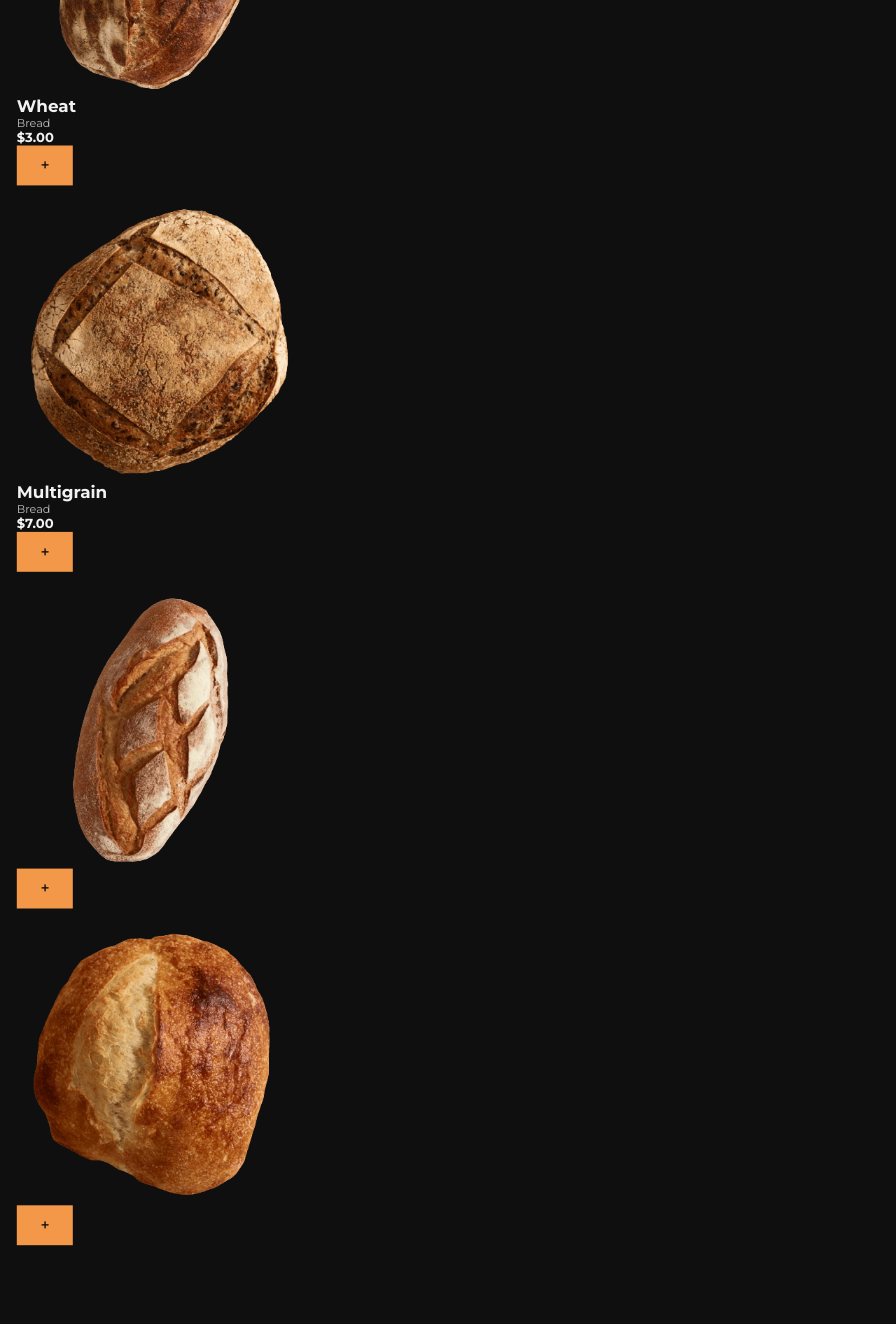
Repository: dinhhaidh/Bakery-web
Page: index.html
The author's editor kept a copy of each file at every save. The page is drawn from the files as they stood at one save, then again after the next save.
The browser window is 1280 px wide. The pictures show the part of the page from y = 4147 to 6067 px (the page is 6038 px tall before and 6067 px after), at 70% of full size.
Some web libraries are served in a nearby version.

Above is the page before, as saved 2024-01-16 10:55:30.

### index.html
<!DOCTYPE html>
<html lang="en">
  <head>
    <meta charset="UTF-8" />
    <meta name="viewport" content="width=device-width, initial-scale=1.0" />

    <!--=============== FAVICON ===============-->
    <link rel="shortcut icon" href="assets/img/favicon.png" type="image/x-icon"/>
    <!--=============== REMIXICONS ===============-->
    <link rel="stylesheet"  href="https://cdnjs.cloudflare.com/ajax/libs/remixicon/3.7.0/remixicon.css"/>
    <!--=============== CSS ===============-->
    <link rel="stylesheet" href="./css/style.css"/>

    <title>Responsive bakery website - Bedimcode</title>
  </head>
  <body>
    <!--==================== HEADER ====================-->
    <header class="header" id="header">
        <nav class="nav container">
            <a href="#" class="nav__logo">Bakery</a>
            <div class="nav__menu" id="nav-menu">
                <ul class="nav__list">
                    <li class="nav__item">
                        <a href="#home" class="nav__link">Home</a>
                    </li>
                    <li class="nav__item">
                        <a href="#new" class="nav__link">News</a>
                    </li>
                    <li class="nav__item">
                        <a href="#about" class="nav__link">About Us</a>
                    </li>
                    <li class="nav__item">
                        <a href="#favorite" class="nav__link">Favorites</a>
                    </li>
                    <li class="nav__item">
                        <a href="#visit" class="nav__link">Location</a>
                    </li>
                </ul>
                <div class="nav__close" id="nav-close">
                    <i class="ri-close-line"></i>
                </div>

                <img src="./img/bread-4.png" alt="image" class="nav__img-1">
                <img src="./img/bread-1.png" alt="image" class="nav__img-2">
            </div>

            <!-- toggle button -->
            <div class="nav__toggle" id="nav-toggle">
                <i class="ri-menu-line"></i>
            </div>
        </nav>
    </header>

    <!--==================== MAIN ====================-->
    <main class="main">
      <!--==================== HOME ====================-->
      <section class="home section" id="home">
        <img src="./img/home-bg.jpg" alt="image" class="home__bg">
        <div class="home__shadow"></div>
        <div class="home__container container grid">
            <div class="home__data">
                <h1 class="home__title">
                    Select The Best.<br> Quality Breads
                </h1>
                <a href="#" class="button">Select breads</a>

                <img src="./img/bread-1.png" alt="image" class="home__bread">
            </div>
            <div class="home__image">
                <img src="./img/home-bread.png" alt="image" class="home__img">
            </div>
            <footer class="home__footer">
                <div class="home__location">
                    <i class="ri-map-pin-line"></i>
                    <span>Av. The Sun #321 <br> Lima Peru</span>
                </div>
                <div class="home__social">
                    <a href="https://www.facebook.com/" target="_blank">

                        <i class="ri-facebook-circle-line"></i>
                    </a>
                    <a href="https://www.instagram.com/
                    " target="_blank">
                        <i class="ri-instagram-line"></i>
                    </a>
                    <a href="https://www.youtube.com/" target="_blank">
                        <i class="ri-youtube-line"></i>
                    </a>
                </div>
            </footer>
        </div>
      </section>

      <!--==================== NEWS ====================-->
      <section class="new section" id="new">
        <h2 class="section__title">New breads</h2>

        <div class="new__container container grid">
            <div class="new__content grid">
                <article class="new__card">
                    <div class="new__data">
                        <h2 class="new__title">Rye Bread</h2>
                        <p class="new__description">
                            Baked width healthy, gluten-free
                            sourdough for good nutrition.
                        </p>
                    </div>
                    <img src="./img/new-bread-1.png" alt="image" class="new__img">
                </article>
                <article class="new__card">
                    <div class="new__data">
                        <h2 class="new__title">Whole grain bread</h2>
                        <p class="new__description">
                            Crispy and homemade prepared
                            form organic yeast-free flour
                        </p>
                    </div>
                    <img src="./img/new-bread-2.png"  alt="image" class="new__img">
                </article>
                <article class="new__card">
                    <div class="new__data">
                        <h2 class="new__title">Multigrain Bread</h2>
                        <p class="new__description">
                            Tasty and made with different
                            natural grains form the countryside
                        </p>
                    </div>
                    <img src="./img/new-bread-3.png"  alt="image" class="new__img">
                </article>
            </div>
            <a href="#" class="new__button button">See More Breads</a>
        </div>
      </section>

      <!--==================== ABOUT ====================-->
      <section class="about section" id="about">
        <div class="about__container container grid">
            <div class="about__data">
                <div class="section__title">About Us</div>

                <p class="about__description">
                    Lorem ipsum, dolor sit amet consectetur adipisicing elit. Fugit quae quisquam quia animi commodi! Nesciunt aperiam deserunt ex sint, ratione alias quos beatae atque numquam natus libero eveniet explicabo molestias!
                </p>
                <a href="#" class="button">Know More</a>
                <img src="./img/bread-2.png" alt="image" class="about__bread">
            </div>
            <img src="./img/about-bread.png" alt="" class="about__img">
        </div>
      </section>

      <!--==================== FAVORITES ====================-->
      <section class="favorite section" id="favorite">
        <h2 class="section__title">Customer favorites</h2>
        <div class="favorite__container container grid">
            <article class="article__card">
                <img src="./img/favorite-bread-1.png" alt="image" class="favorite__img">
                <div class="favorite__data">
                    <h2 class="favorite__title">Whole Grain</h2>
                    <span class="favorite__subtitle">Bread</span>
                    <h3 class="favorite__price">$6.00</h3>
                </div>
                <button class="favorite__button button">
                    <i class="ri-add-line"></i>
                </button>
            </article>
            <article class="article__card">
                <img src="./img/favorite-bread-2.png" alt="image" class="favorite__img">
                <div class="favorite__data">
                    <h2 class="favorite__title">Rye</h2>
                    <span class="favorite__subtitle">Bread</span>
                    <h3 class="favorite__price">$8.00</h3>
                </div>
                <button class="favorite__button button">
                    <i class="ri-add-line"></i>
                </button>
            </article>
            <article class="article__card">
                <img src="./img/favorite-bread-3.png" alt="image" class="favorite__img">
                <div class="favorite__data">
                    <h2 class="favorite__title">Wheat</h2>
                    <span class="favorite__subtitle">Bread</span>
                    <h3 class="favorite__price">$3.00</h3>
                </div>
                <button class="favorite__button button">
                    <i class="ri-add-line"></i>
                </button>
            </article>
            <article class="article__card">
                <img src="./img/favorite-bread-4.png" alt="image" class="favorite__img">
                <div class="favorite__data">
                    <h2 class="favorite__title">Multigrain</h2>
                    <span class="favorite__subtitle">Bread</span>
                    <h3 class="favorite__price">$7.00</h3>
                </div>
                <button class="favorite__button button">
                    <i class="ri-add-line"></i>
                </button>
            </article>
            <article class="article__card">
                <img src="./img/favorite-bread-5.png" alt="image" class="favorite__img">
                <div class="favorite__data">
                    <h2 class="favorite__title"></h2>
                    <span class="favorite__subtitle"></span>
                    <h3 class="favorite__price"></h3>
                </div>
                <button class="favorite__button button">
                    <i class="ri-add-line"></i>
                </button>
            </article>
            <article class="article__card">
                <img src="./img/favorite-bread-6.png" alt="image" class="favorite__img">
                <div class="favorite__data">
                    <h2 class="favorite__title"></h2>
                    <span class="favorite__subtitle"></span>
                    <h3 class="favorite__price"></h3>
                </div>
                <button class="favorite__button button">
                    <i class="ri-add-line"></i>
                </button>
            </article>
        </div>
      </section>

      <!--==================== VISIT ====================-->
      <section class="visit section" id="visit"></section>
    </main>

    <!--==================== FOOTER ====================-->
    <footer class="footer"></footer>

    <!--========== SCROLL UP ==========-->

    <!--=============== SCROLLREVEAL ===============-->
    <script src="./js/scrollreveal.min.js"></script>
    <script src="https://code.jquery.com/jquery-3.7.1.min.js"></script>

    <!--=============== MAIN JS ===============-->
    <script src="./js/main.js"></script>
  </body>
</html>

### css/style.css
/*=============== GOOGLE FONTS ===============*/
@import url("https://fonts.googleapis.com/css2?family=Dancing+Script:wght@700&family=Montserrat:wght@400;600;700&display=swap");

/*=============== VARIABLES CSS ===============*/
:root {
    --header-height: 3.5rem;

    /*========== Colors ==========*/
    /*Color mode HSL(hue, saturation, lightness)*/
    --first-color: hsl(28, 88%, 62%);
    --first-color-alt: hsl(28, 84%, 58%);
    --title-color: hsl(0, 0%, 95%);
    --text-color: hsl(0, 0%, 75%);
    --text-color-light: hsl(0, 0%, 65%);
    --black-color: hsl(0, 0%, 6%);
    --body-color: hsl(0, 0%, 6%);
    --container-color: hsl(0, 0%, 10%);

    /*========== Font and typography ==========*/
    /*.5rem = 8px | 1rem = 16px ...*/
    --body-font: "Montserrat", sans-serif;
    --second-font: "Dancing Script", cursive;
    --biggest-font-size: 3rem;
    --bigger-font-size: 2rem;
    --h1-font-size: 1.5rem;
    --h2-font-size: 1.25rem;
    --h3-font-size: 1rem;
    --normal-font-size: .938rem;
    --small-font-size: .813rem;

    /*========== Font weight ==========*/
    --font-regular: 400;
    --font-semi-bold: 600;
    --font-bold: 700;

    /*========== z index ==========*/
    --z-tooltip: 10;
    --z-fixed: 100;
}

/*========== Responsive typography ==========*/
@media screen and (min-width: 1150px) {
    :root {
        --biggest-font-size: 5rem;
        --bigger-font-size: 3rem;
        --h1-font-size: 2.25rem;
        --h2-font-size: 1.5rem;
        --h3-font-size: 1.25rem;
        --normal-font-size: 1rem;
        --small-font-size: .875rem;
    }
}

/*=============== BASE ===============*/
* {
    box-sizing: border-box;
    padding: 0;
    margin: 0;
}

html {
    scroll-behavior: smooth;
}

body,
button {
    font-family: var(--body-font);
    font-size: var(--normal-font-size);
}

body {
    background-color: var(--body-color);
    color: var(--text-color);
}

button {
    border: none;
    outline: none;
}

h1,
h2,
h3,
h4 {
    color: var(--title-color);
    font-weight: var(--font-bold);
}

ul {
    list-style: none;
}

a {
    text-decoration: none;
}

img {
    display: block;
    max-width: 100%;
    height: auto;
}

/*=============== REUSABLE CSS CLASSES ===============*/
.container {
    max-width: 1120px;
    margin-inline: 1.5rem;
}

.grid {
    display: grid;
    gap: 1.5rem;
}

.section {
    padding-block: 5rem 1rem;
}

.section__title {
    font-size: var(--bigger-font-size);
    font-family: var(--second-font);
    margin-bottom: 1.5rem;
    text-align: center;
}

.main {
    overflow: hidden;
    /* For animation ScrollReveal */
}

/*=============== HEADER & NAV ===============*/
.header{
    position: fixed;
    width: 100%;
    top: 0;
    left: 0;
    background-color: transparent;
    z-index: var(--z-fixed);
}
.nav{
    position: relative;
    height: var(--header-height);
    display: flex;
    justify-content: space-between;
    align-items: center;
}
.nav__logo{
    color: var(--first-color);
    font-size: var(--h2-font-size);
    font-family: var(--second-font);
    transition: color .4s;
}
.nav__logo:hover{
    color: var(--first-color-alt);
}
.nav__close,
.nav__toggle{
    font-size: 1.5rem;
    color: var(--title-color);
    cursor: pointer;
}

/* Navigation for mobile devices */
/* responsive */
@media screen and (max-width: 1150px) {
    .nav__menu{
        position: fixed;
        top: 0;
        right: -100%;
        background-color: hsla(0,0%,6%, .2);
        backdrop-filter: blur(16px);
        -webkit-backdrop-filter: blur(16px);
        width: 80%;
        height: 100%;
        padding: 6rem 3rem 0;
        transition: right .4s;
    }
    .nav__list{
        display: flex;
        flex-direction: column;
        row-gap: 2.5rem;
    }
    .nav__link{
        color: var(--title-color);
        font-weight: var(--font-semi-bold);
        transition: color .4s;
    }
    .nav__link:hover{
        color: var(--first-color);
    }
    .nav__close,
    .nav__img-1,
    .nav__img-2{
        position: absolute;
    }
    .nav__close{
        top: 1rem;
        right: 1.5rem;
    }
    .nav__img-1{
        width: 80px;
        top: 11rem;
        right: 0.75rem;
    }
    .nav__img-2{
        width: 60px;
        top: 28rem;
        left: 6rem;
    }
}

/* Show menu */
.show-menu{
    right: 0;
}

/* Add blur header */
/* Thêm tiêu đề mờ, khi kéo xuống hiển thị thanh nngang fixed */
.blur-header::after{
    content: '';
    position: absolute;
    width: 100%;
    height: 100%;
    background-color: hsla(0, 0%, 6%, .2);
    backdrop-filter: blur(16px);
    -webkit-backdrop-filter: blur(16px);
    top: 0;
    left: 0;
    z-index: -1;
}

/* Active link */


/*=============== HOME ===============*/
.home{
    position: relative;
    padding-top: 6.5rem;
}
.home__container{
    row-gap: 2rem;
}
.home__bg,
.home__shadow{
    position: absolute;
    top: 0;
    left: 0;
    width: 100%;
    height: 100%;
    z-index: -1;
}
.home__bg{
    object-fit: cover;
    object-position: center;
}
.home__shadow{
    background: linear-gradient(180deg, hsla(0, 0%, 0%, 0) 0%, hsl(0, 0%, 6%) 100%);

}
.home__data{
    position: relative;
    text-align: center;
}
.home__title{
    font-size: var(--biggest-font-size);
    font-family: var(--second-font);
    margin-bottom: 1.5rem;
}
.home__bread{
    width: 50px;
    position: absolute;
    top: 15rem;
    left: 4rem;
}
.home__image{
    max-width: 400px;
    justify-self: center;
}
.home__img{
    rotate: 15deg;
}
.home__footer,
.home__location,
.home__social{
    display: flex;
}
.home__footer{
    justify-content: space-between;
    align-items: center;
}
.home__location{
    align-items: center;
    column-gap: .5rem;
}
.home__location i{
    font-size: 1.5rem;
    color: var(--first-color);
}
.home__location span{
    color: var(--title-color);
    font-size: var(--small-font-size);
}
.home__social{
    column-gap: 1rem;
}
.home__social a{
    color: var(--title-color);
    font-size: 1.5rem;
    transition: color 4s;
}
.home__social a:hover{
    color: var(--first-color);
}

/*=============== BUTTON ===============*/
.button{
    display: inline-flex;
    background-color: var(--first-color);
    color: var(--black-color);
    font-weight: var(--font-semi-bold);
    padding: 1.25rem 2rem;
    transition: background-color .4s;
}
.button:hover{
    background-color: var(--first-color-alt);
}

/*=============== NEW ===============*/
.new{

}
.new__container{
    padding-top: 1.5rem;
    row-gap: 3.5rem;
}
.new__content{
    row-gap: 2rem
}
.new__card{
    display: flex;
    column-gap: 1rem;
    align-items: center;
}
.new__card:nth-child(2) img{
    order: -1;
}
.new__img{
    width: 150px;
}
.new__data{

}
.new__title{
    font-size: var(--h2-font-size);
    font-family: var(--second-font);
    color: var(--first-color);
    margin-bottom: .5rem;
}
.new__description{
    font-size: var(--small-font-size);
}
.new__button{
    justify-self: center;
}

/*=============== ABOUT ===============*/
.about__container{
    row-gap: 4rem;
}
.about__data{
    position: relative;
    text-align: center;
}
.about__description{
    margin-bottom: 3rem;
}
.about__bread{
    width: 60px;
    position: absolute;
    bottom: 1rem;
    right: 0;
}
.about__img{
    width: 320px;
    justify-self: center;
}

/*=============== FAVORITES ===============*/


/*=============== VISIT ===============*/


/*=============== FOOTER ===============*/


/*=============== SCROLL BAR ===============*/


/*=============== SCROLL UP ===============*/


/* Show Scroll Up */


/*=============== BREAKPOINTS ===============*/
/* For small devices */


/* For medium devices */


/* For large devices */

Loaded but not shown: js/scrollreveal.min.js (library); js/main.js (no copy from this time; the picture is the same without it)

After the next save:
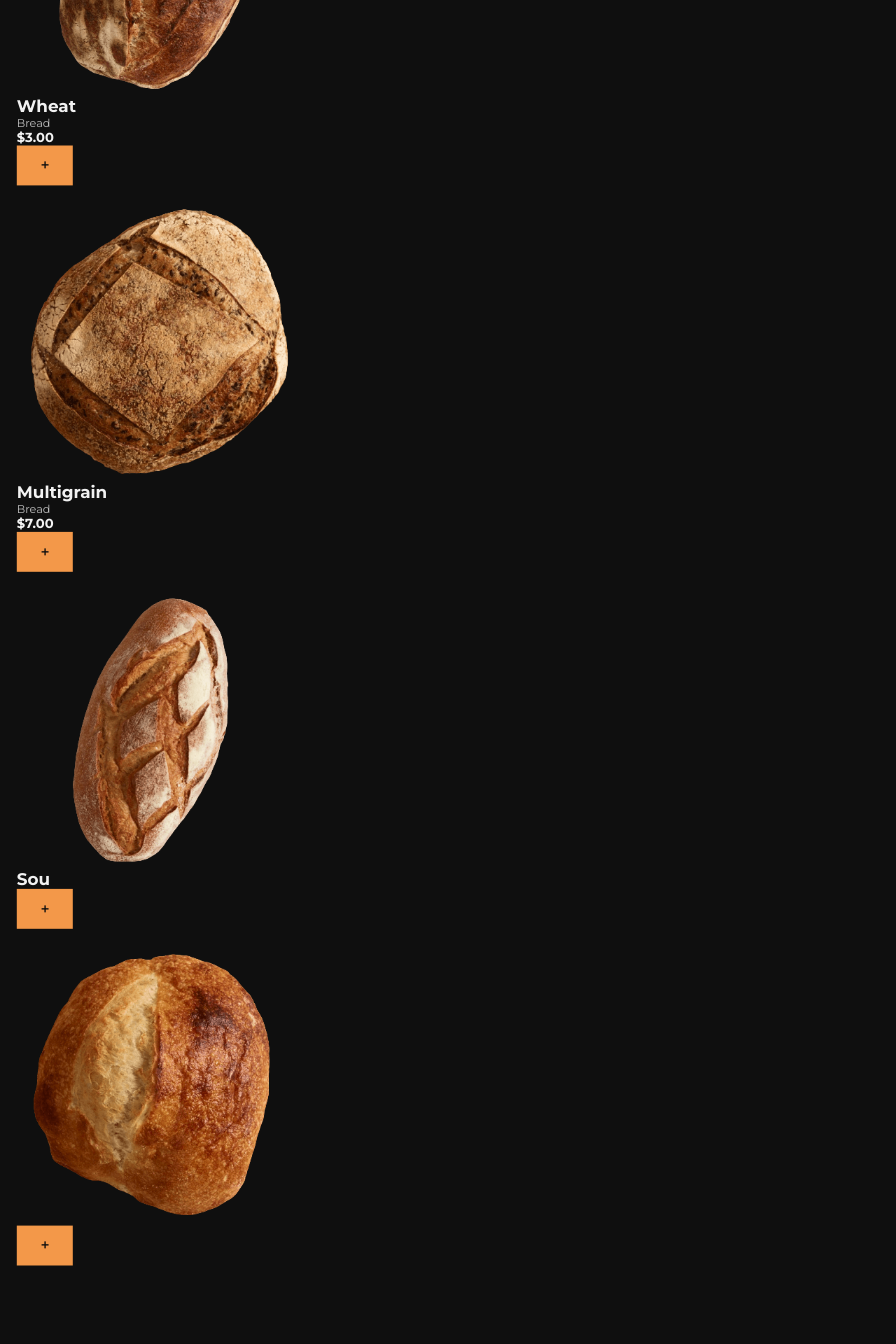
Saved 21 s later.
--- a/index.html
+++ b/index.html
@@ -199,7 +199,7 @@
             <article class="article__card">
                 <img src="./img/favorite-bread-5.png" alt="image" class="favorite__img">
                 <div class="favorite__data">
-                    <h2 class="favorite__title"></h2>
+                    <h2 class="favorite__title">Sou</h2>
                     <span class="favorite__subtitle"></span>
                     <h3 class="favorite__price"></h3>
                 </div>
